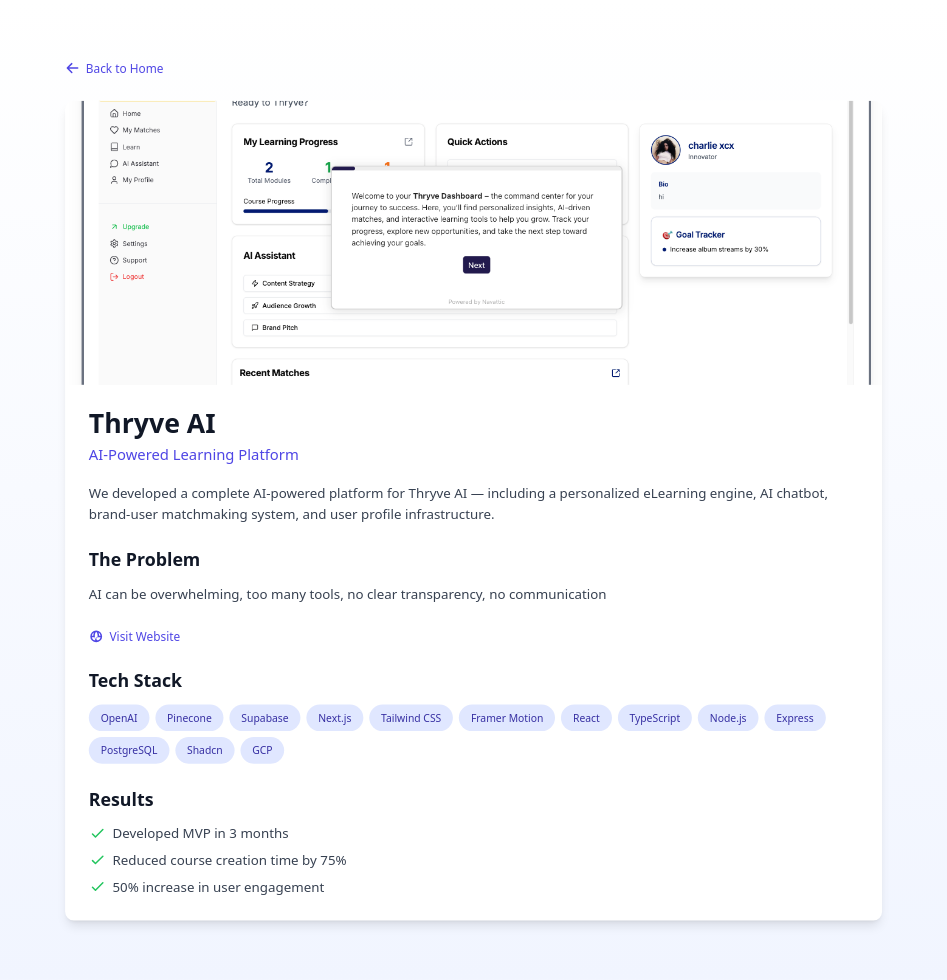
Repository: kayacancode/kayacancode-agency
Page: /case-study/thryve-ai
The author's editor kept a copy of each file at every save. The page is drawn from the files as they stood at one save, then again after the next save.
The browser window is 1280 px wide. The pictures show the whole page, at 74% of full size.
The project was rebuilt for these pictures with package versions that can differ from the ones it lists, and the page was loaded fresh each time. The framework's server and built-in components were replaced by stand-ins that run in the browser. Also part of the build but not shown: next.config.js.

Above is the page before, as saved 2025-04-25 22:12:42.

After the next save:
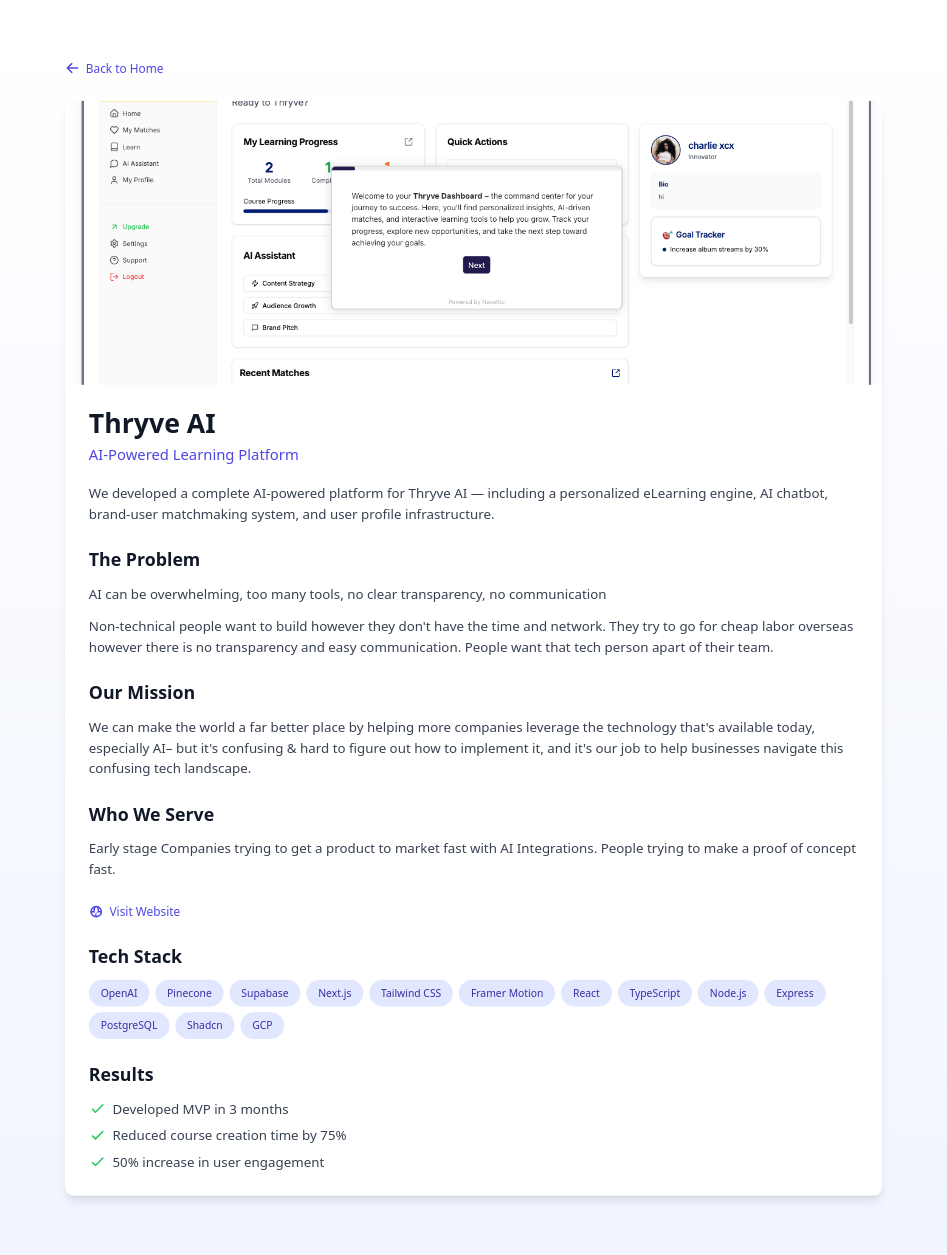
Saved 104 s later.
--- a/src/app/case-study/[id]/page.tsx
+++ b/src/app/case-study/[id]/page.tsx
@@ -20,6 +20,8 @@
     subtitle: 'AI-Powered Learning Platform',
     description: 'We developed a complete AI-powered platform for Thryve AI — including a personalized eLearning engine, AI chatbot, brand-user matchmaking system, and user profile infrastructure.',
     problem: 'AI can be overwhelming, too many tools, no clear transparency, no communication',
+    mission: 'We can make the world a far better place by helping more companies leverage the technology that\'s available today, especially AI– but it\'s confusing & hard to figure out how to implement it, and it\'s our job to help businesses navigate this confusing tech landscape.',
+    targetAudience: 'Early stage Companies trying to get a product to market fast with AI Integrations. People trying to make a proof of concept fast.',
     image: '/thryve.png',
     website: 'https://thryveai.ai',
     techStack: ['OpenAI', 'Pinecone', 'Supabase', 'Next.js', 'Tailwind CSS', 'Framer Motion', 'React', 'TypeScript', 'Node.js', 'Express', 'PostgreSQL', 'Shadcn', 'GCP'],
@@ -62,7 +64,18 @@
 
             <div className="mb-8">
               <h2 className="text-2xl font-semibold text-gray-900 mb-4">The Problem</h2>
-              <p className="text-lg text-gray-700">{caseStudy.problem}</p>
+              <p className="text-lg text-gray-700 mb-4">{caseStudy.problem}</p>
+              <p className="text-lg text-gray-700">Non-technical people want to build however they don't have the time and network. They try to go for cheap labor overseas however there is no transparency and easy communication. People want that tech person apart of their team.</p>
+            </div>
+
+            <div className="mb-8">
+              <h2 className="text-2xl font-semibold text-gray-900 mb-4">Our Mission</h2>
+              <p className="text-lg text-gray-700">{caseStudy.mission}</p>
+            </div>
+
+            <div className="mb-8">
+              <h2 className="text-2xl font-semibold text-gray-900 mb-4">Who We Serve</h2>
+              <p className="text-lg text-gray-700">{caseStudy.targetAudience}</p>
             </div>
 
             {caseStudy.website && (
